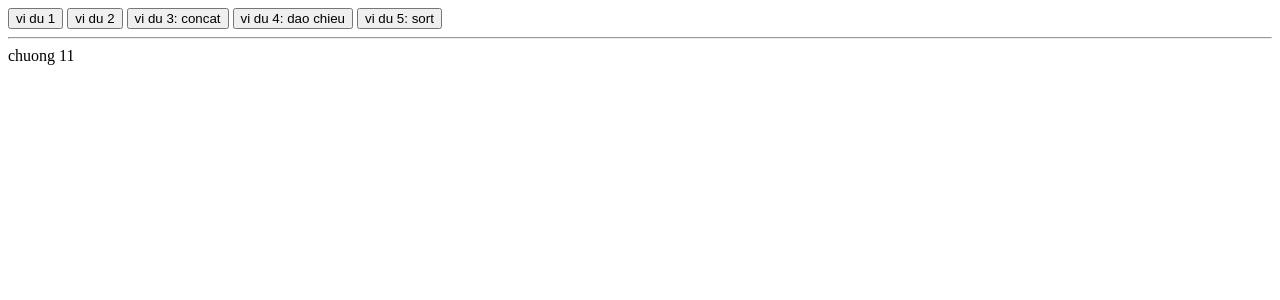
Repository: thanhp6868/ltWeb
Page: 1810/vidu/index.html
An editor plug-in stored every save of this project. The page is shown before and after the next save, followed by the edit.
The browser window is 1280 px wide. The pictures show the whole page.

Above is the page before, as saved 2023-10-18 14:22:02.

After the next save:
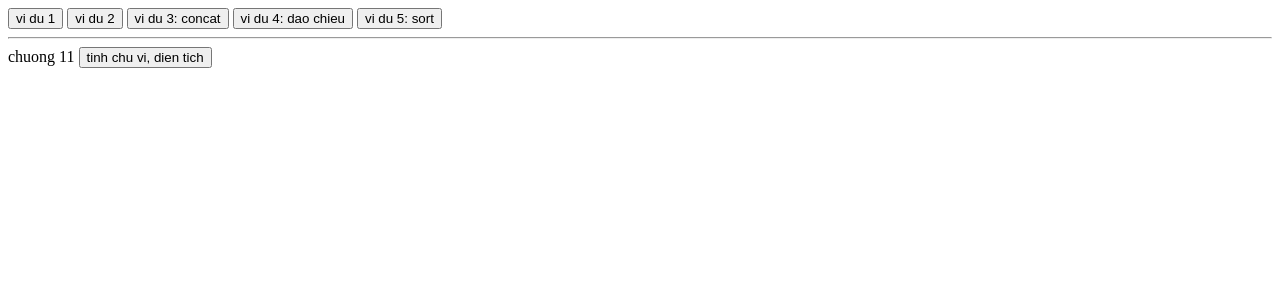
Saved 1 s later.
--- a/1810/vidu/index.html
+++ b/1810/vidu/index.html
@@ -14,6 +14,8 @@
     <button onclick="arraytest(true)">vi du 5: sort</button>
 <hr>
     chuong 11
+    <button onclick="hinhTron()">tinh chu vi, dien tich</button>
+
 
 
 </body>
